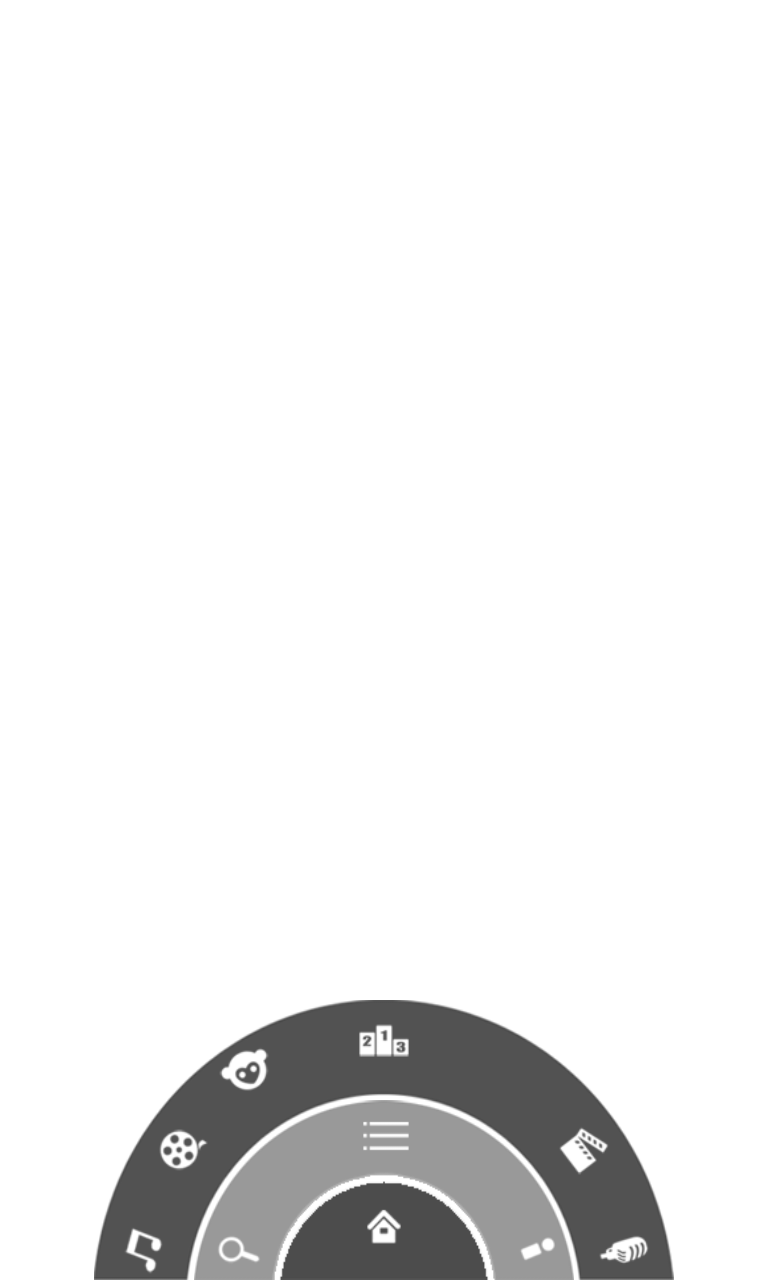
Repository: ASmouse/View
Layout: 02_UkuDemo14/res/layout/activity_main.xml
The author's editor kept a copy of each file at every save. The layout is drawn from the files as they stood at one save, then again after the next save.
It is drawn on a 768 x 1280 px phone screen (xhdpi) without system bars, with theme AppTheme; the app's code is not run.

Above is the layout before, as saved 2015-10-24 03:10:57.

### 02_UkuDemo14/res/layout/activity_main.xml
<RelativeLayout xmlns:android="http://schemas.android.com/apk/res/android"
    xmlns:tools="http://schemas.android.com/tools"
    android:layout_width="match_parent"
    android:layout_height="match_parent"
    tools:context=".MainActivity" >

    <!-- uku菜单的第一层 -->

    <RelativeLayout
        android:layout_width="105dip"
        android:layout_height="50dip"
        android:layout_alignParentBottom="true"
        android:layout_centerHorizontal="true"
        android:background="@drawable/level1" >

        <!-- home键 -->

        <ImageView
            android:layout_width="wrap_content"
            android:layout_height="wrap_content"
            android:layout_centerHorizontal="true"
            android:layout_marginTop="3dip"
            android:src="@drawable/icon_home" />
    </RelativeLayout>

    <!-- uku菜单第二层 -->

    <RelativeLayout
        android:layout_width="190dip"
        android:layout_height="90dip"
        android:layout_alignParentBottom="true"
        android:layout_centerHorizontal="true"
        android:background="@drawable/level2" >

        <!-- 搜索 -->

        <ImageView
            android:layout_width="wrap_content"
            android:layout_height="wrap_content"
            android:layout_alignParentBottom="true"
            android:layout_marginLeft="8dip"
            android:src="@drawable/icon_search" />

        <!-- 菜单 -->

        <ImageView
            android:layout_width="wrap_content"
            android:layout_height="wrap_content"
            android:layout_centerHorizontal="true"
            android:layout_marginTop="3dip"
            android:src="@drawable/icon_menu" />

        <!-- 优酷菜单 -->

        <ImageView
            android:layout_width="wrap_content"
            android:layout_height="wrap_content"
            android:layout_alignParentBottom="true"
            android:layout_alignParentRight="true"
            android:layout_marginRight="3dip"
            android:layout_marginTop="3dip"
            android:src="@drawable/icon_myyouku" />
    </RelativeLayout>

    <!-- uku菜单第三层 -->

    <RelativeLayout
        android:layout_width="290dip"
        android:layout_height="140dip"
        android:layout_alignParentBottom="true"
        android:layout_centerHorizontal="true"
        android:background="@drawable/level3" >

        <!-- 第一个按钮 -->

        <ImageView
            android:id="@+id/channel1"
            android:layout_width="wrap_content"
            android:layout_height="wrap_content"
            android:layout_alignParentBottom="true"
            android:layout_marginLeft="10dip"
            android:src="@drawable/channel1" />

        <!-- 第四个按钮 -->

        <ImageView
            android:id="@+id/channel4"
            android:layout_width="wrap_content"
            android:layout_height="wrap_content"
            android:layout_centerHorizontal="true"
            android:layout_marginLeft="10dip"
            android:layout_marginTop="5dip"
            android:src="@drawable/channel4" />

        <!-- 第七个按钮 -->

        <ImageView
            android:id="@+id/channel7"
            android:layout_width="wrap_content"
            android:layout_height="wrap_content"
            android:layout_alignParentBottom="true"
            android:layout_alignParentRight="true"
            android:layout_marginLeft="10dip"
            android:layout_marginRight="10dip"
            android:layout_marginTop="5dip"
            android:src="@drawable/channel7" />

        <!-- 第二个按钮 -->

        <ImageView
            android:id="@+id/channel2"
            android:layout_width="wrap_content"
            android:layout_height="wrap_content"
            android:layout_above="@id/channel1"
            android:layout_marginBottom="20dip"
            android:layout_marginLeft="30dip"
            android:src="@drawable/channel2" />

        <!-- 第六个按钮 -->

        <ImageView
            android:layout_width="wrap_content"
            android:layout_height="wrap_content"
            android:layout_above="@id/channel7"
            android:layout_alignParentRight="true"
            android:layout_marginBottom="15dip"
            android:layout_marginRight="30dip"
            android:src="@drawable/channel6" />


         <!-- 第三个按钮 -->

        <ImageView
            android:layout_marginLeft="60dip"
            android:layout_width="wrap_content"
            android:layout_height="wrap_content"
            android:layout_above="@id/channel2"
       		android:layout_marginBottom="10dip"
            android:src="@drawable/channel3" />
    </RelativeLayout>

</RelativeLayout>

Loaded but not shown: 02_UkuDemo14/res/values/styles.xml (common file); 02_UkuDemo14/res/values-v11/styles.xml (common file); 02_UkuDemo14/res/values-v14/styles.xml (common file)

After the next save:
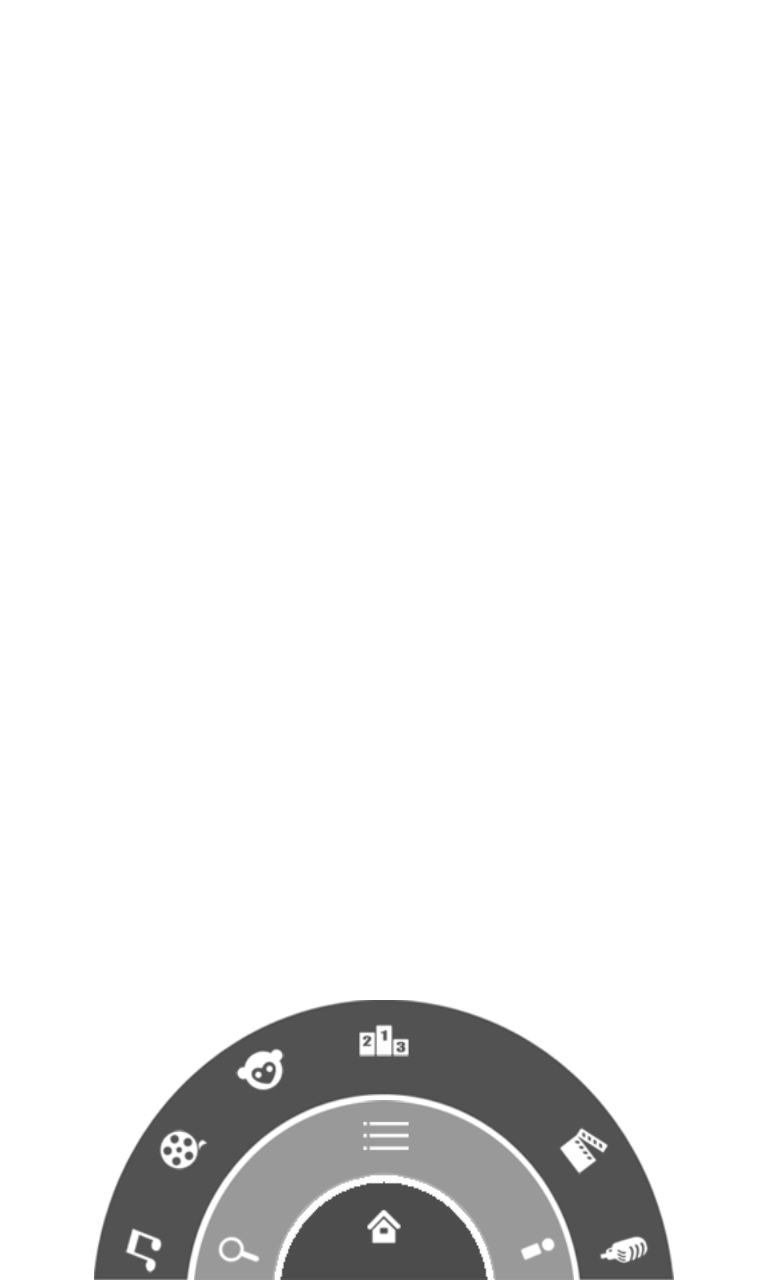
Saved 7 s later.
--- a/02_UkuDemo14/res/layout/activity_main.xml
+++ b/02_UkuDemo14/res/layout/activity_main.xml
@@ -131,7 +131,7 @@
          <!-- 第三个按钮 -->
 
         <ImageView
-            android:layout_marginLeft="60dip"
+            android:layout_marginLeft="68dip"
             android:layout_width="wrap_content"
             android:layout_height="wrap_content"
             android:layout_above="@id/channel2"
